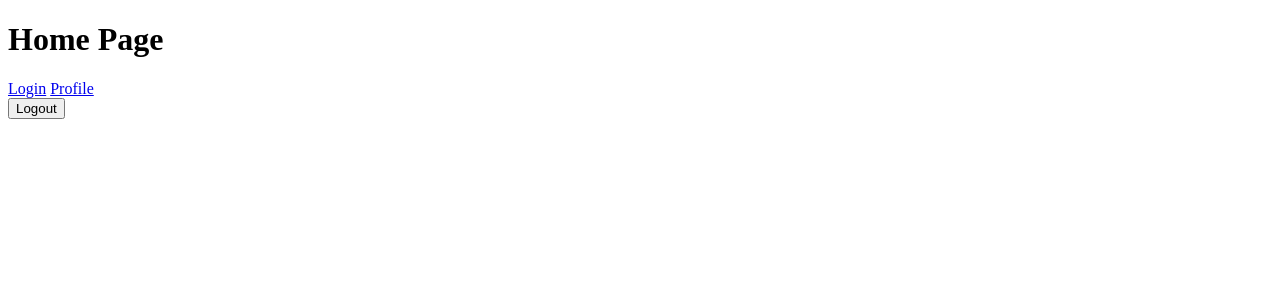
Repository: TarangPatel-Ai/J2EE
Page: Sessions/src/main/webapp/index.html
These files come from the project's save history. The page is drawn as it stood at one moment and after the next save; the edit follows.
The browser window is 1280 px wide. The pictures show the whole page.

Above is the page before, as saved 2025-10-20 17:21:57.

After the next save:
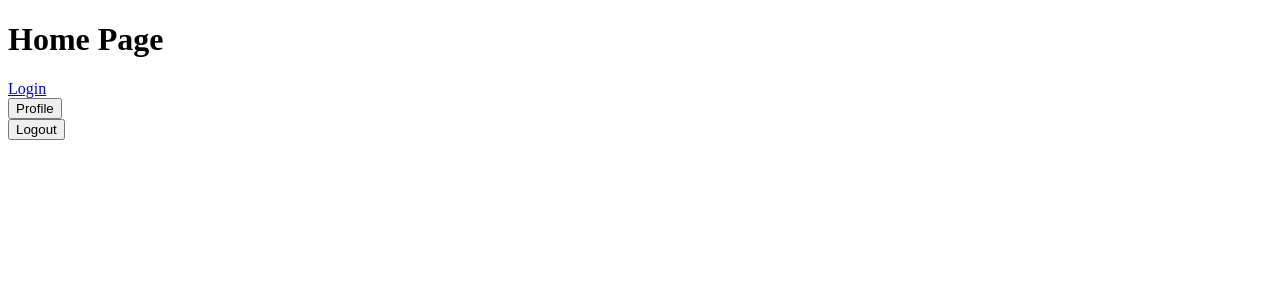
Saved 40 s later.
--- a/Sessions/src/main/webapp/index.html
+++ b/Sessions/src/main/webapp/index.html
@@ -7,7 +7,9 @@
 <body>
 <h1>Home Page</h1>
 <a href="login.html">Login</a>
-<a href="./Profile">Profile</a>
+<form action="Profile" method="post" >
+<input type="submit" value="Profile">
+</form>
 <form action="Logout" method="post" >
 <input type="submit" value="Logout">
 </form>
